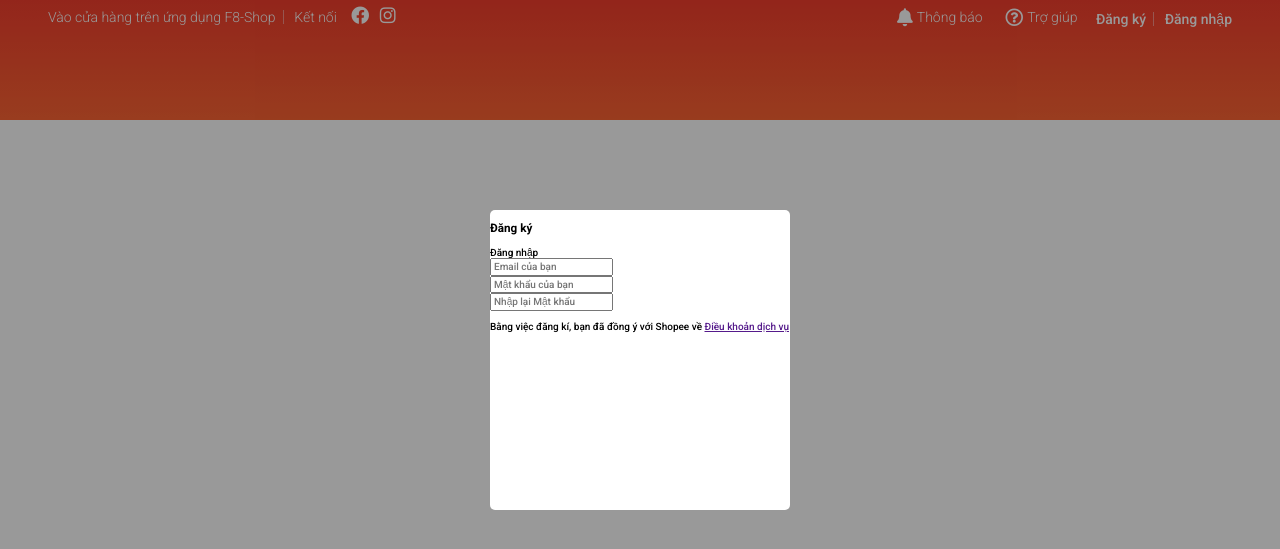
Repository: vanhaibdh/web-demo-site
Page: index.html
The author's editor kept a copy of each file at every save. The page is drawn from the files as they stood at one save, then again after the next save.
The browser window is 1280 px wide. The pictures show the whole page.

Above is the page before, as saved 2021-09-14 00:01:20.

### index.html
<!DOCTYPE html>
<html lang="en">
<head>
    <meta charset="UTF-8">
    <meta http-equiv="X-UA-Compatible" content="IE=edge">
    <meta name="viewport" content="width=device-width, initial-scale=1.0">
    <title>Web-base</title>
    <link rel="stylesheet" href="./assets/css/reset.css">
    <link rel="stylesheet" href="./assets/css/base.css">
    <link rel="stylesheet" href="./assets/css/main.css">
    <link href="./assets/fonts/fontawesome/css/all.min.css" rel="stylesheet">
    <link rel="preconnect" href="https://fonts.googleapis.com">
<link rel="preconnect" href="https://fonts.gstatic.com" crossorigin>
<link href="https://fonts.googleapis.com/css2?family=Roboto:wght@100;300;500;700&display=swap" rel="stylesheet">

</head>
<body>
    <div class="app">
        <div class="header">
            <div class="grid">
                <nav class="header__navbar">
                    <ul class="header__navbar-list">
                        <li class="header__navbar-item
                         header__navbar-item-has-qr
                         header__navbar-item--separate">Vào cửa hàng trên ứng dụng F8-Shop
                            <div class="header__qr">
                                <img src="./assets/img/qrcode.png" alt="qr-code" class="header__qr-img">
                                <div class="header__qr-apps">
                                    <a href="" class="header__qr-link">
                                        <img src="./assets/img/appstore.png" alt="App Store" class="header__qr-download-img">
                                    </a>
                                    <a href="" class="header__qr-link">
                                        <img src="./assets/img/google.png" alt="Google Play" class="header__qr-download-img">
                                    </a>
                                </div>
                            </div>
                        </li>
                        <li class="header__navbar-item"><span class="header__navbar-item--no-pointer">Kết nối</span></li>
                        <a href="" class="header__navbar-icon-link"><i class="header__navbar-icon fab fa-facebook"></i></a>
                        <a href="" class="header__navbar-icon-link"><i class="header__navbar-icon fab fa-instagram"></i></a>
                    </ul>
                    <ul class="header__navbar-list">
                        <li class="header__navbar-item header__navbar-item--has-notify">
                            <a href="" class="header__navbar-item-link "><i class="header__navbar-icon fas fa-bell"></i>Thông báo</a>
                            <div class="header__notify">
                                 <header class="header__notify-header">
                                     <h3>Thông báo mới nhận</h3>
                                 </header>
                                 <ul class="header__notify-list">
                                     <li class="header__notify-item">
                                         <a href="" class="header__notify-link">
                                             <img src="./assets/img/maypham1.jpg" alt="My Pham 1" class="header__notify-img">
                                             <div class="header__notify-info">
                                                 <span class="header__notify-name">Mỹ phẩm Ohui chính hãng </span>
                                                 <span class="header__notify-description">Mô tả Mỹ phẩm Ohui chính hãng</span>
                                             </div>
                                         </a>
                                     </li>
                                     <li class="header__notify-item">
                                        <a href="" class="header__notify-link">
                                            <img src="./assets/img/maypham2.jpg" alt="My Pham 2" class="header__notify-img">
                                            <div class="header__notify-info">
                                                <span class="header__notify-name">Mỹ phẩm Ohui chính hãng </span>
                                                <span class="header__notify-description">Mô tả Mỹ phẩm Ohui chính hãng</span>
                                            </div>
                                        </a>
                                    </li>
                                    <li class="header__notify-item header__notify-item--viewed">
                                        <a href="" class="header__notify-link">
                                            <img src="./assets/img/maypham3.jpg" alt="My Pham 3" class="header__notify-img">
                                            <div class="header__notify-info">
                                                <span class="header__notify-name">Mỹ phẩm Ohui chính hãng </span>
                                                <span class="header__notify-description">Mô tả Mỹ phẩm Ohui chính hãng</span>
                                            </div>
                                        </a>
                                    </li>
                                    <li class="header__notify-item">
                                        <a href="" class="header__notify-link">
                                            <img src="./assets/img/maypham4.jpg" alt="My Pham 4" class="header__notify-img">
                                            <div class="header__notify-info">
                                                <span class="header__notify-name">Mỹ phẩm Ohui chính hãng </span>
                                                <span class="header__notify-description">Lorem, ipsum dolor sit amet consectetur adipisicing elit. Accusamus laudantium consectetur quidem, ut quos expedita ea, dolorem, officiis quia molestias iusto alias dolorum cum totam omnis laborum tenetur temporibus ipsa!</span>
                                            </div>
                                        </a>
                                    </li>
                                    <li class="header__notify-item">
                                        <a href="" class="header__notify-link">
                                            <img src="./assets/img/maypham5.jpg" alt="My Pham 5" class="header__notify-img">
                                            <div class="header__notify-info">
                                                <span class="header__notify-name">Mỹ phẩm Ohui chính hãng </span>
                                                <span class="header__notify-description">Mô tả Mỹ phẩm Ohui chính hãng</span>
                                            </div>
                                        </a>
                                    </li>
                                 </ul>
                                 <footer class="header__notify-footer">
                                     <a href="" class="header__notify-footer-btn">Xem tất cả</a>
                                 </footer>
                            </div>
                        </li>
                        <li class="header__navbar-item">
                            <a href="" class="header__navbar-item-link"><i class="header__navbar-icon far fa-question-circle"></i>Trợ giúp</a>
                        </li>
                        <li class="header__navbar-item header__navbar-item--strong header__navbar-item--separate">Đăng ký</li>
                        <li class="header__navbar-item header__navbar-item--strong">Đăng nhập</li>
                    </ul>
                </nav>
            </div>
        </div>

        <div class="container">

        </div>

        <div class="footer">

        </div>
        <!-- modal layout -->
        <div class="modal">
            <div class="modal__overlay"></div>
            <div class="modal__body">
                <div class="modal__inner">
                    <!-- form authentication -->
                    <div class="auth-form">
                        <div class="auth-form__header">
                            <h3 class="auth-form__heading">Đăng ký</h3>
                            <span class="auth-form__switch-btn">Đăng nhập</span>
                        </div>

                        <div class="auth-form__form">
                            <div class="auth-form__group">
                                <input type="text" class="auth-form__input" placeholder="Email của bạn">
                            </div>
                            <div class="auth-form__group">
                                <input type="password" class="auth-form__input" placeholder="Mật khẩu của bạn">
                            </div>
                            <div class="auth-form__group">
                                <input type="password" class="auth-form__input" placeholder="Nhập lại Mật khẩu">
                            </div>
                        </div>

                        <div class="auth-form__aside">
                            <p class="auth-form__policy-text">Bằng việc đăng kí, bạn đã đồng ý với Shopee về
                                <a href="" class="auth-form__policy-link">Điều khoản dịch vụ</a>
                            </p>
                        </div>
                    </div>
                </div>
            </div>
        </div>
    </div>
</body>
</html>

### assets/css/base.css
:root {
    --primary-color : rgb(238, 75, 43);
    /* --primary-color-rgba : rgba(238, 75, 43, .7); */
    --white-color : #fff;
    --black-color : #000;
    --text-color : #333;
}

*{
    box-sizing: inherit;
}

html {
    /* hack css */
    font-size: 62.5%;
    line-height: 1.6 rem;
    font-family: 'Roboto', sans-serif;
    box-sizing: border-box;
}

.grid {
    width: 1200px;
    max-width: 100%;
    margin: 0 auto;
}

.grid__full-width {
    width: 100%;
}

.grid__row {
    display: flex;
    flex-wrap: wrap;
}

/* Animation */

@keyframes fadeIn{
    from {
        opacity: 0;
    }
    to {
        opacity: 1;
    }
}

/* modal CSS */
.modal {
    position: fixed;
    top:0;
    right: 0;
    bottom: 0;
    left: 0;
    display: flex;
}
.modal__overlay {
    position: absolute;
    width: 100%;
    height: 100%;
    background-color: rgba(0, 0, 0, 0.4);
    z-index: 2;
}

.modal__body {
    width: 300px;
    height: 300px;
    background-color: var(--white-color);
    margin: auto;
    position: relative;
    z-index: 3;
    border-radius: 5px;
}

### assets/css/main.css
.header {
    height: 120px;
    background-image: linear-gradient(0, #fe6433, #f53e2d);
}

.header__navbar {
    display: flex;
    justify-content: space-between;
}
.header__navbar-list {
    list-style: none;
    padding-left: 0;
    margin-top: 4px;
}

.header__navbar-item {
    position: relative;
    margin: 0 8px;
    min-height: 2.6rem;
}

.header__navbar-item,
.header__navbar-item-link {
    display: inline-block;
    font-size: 1.4rem;
    color: var(--white-color);
    text-decoration: none;
    font-weight: 300;
}

.header__navbar-item,
.header__navbar-item-link,
.header__navbar-icon {
    display: inline-flex;
    align-items: center;
}

.header__navbar-item:hover,
.header__navbar-icon-link:hover,
.header__navbar-item-link:hover {
    cursor: pointer;
    color: rgba(255, 255, 255, 0.7);
}

.header__navbar-item--strong {
    font-weight: 400;
}

.header__navbar-item--separate::after {
    content: "";
    display: block;
    position: absolute;
    border-left: 1px solid #fb9086;
    height: 14px;
    right: -8px;
    top: 50%;
    transform: translateY(-50%);
}

.header__navbar-icon-link {
    color: var(--white-color);
    text-decoration: none;
}

.header__navbar-icon {
    font-size: 1.8rem;
    margin : 0 4px;
}

.header__navbar-item--no-pointer {
    cursor: default ;
    color: var(--white-color);
}

/* header QR code */
.header__qr {
    background-color: var(--white-color);
    width: 186px;
    position: absolute;
    left: 0;
    top: 118%;
    padding: 8px;
    border-radius: 2px;
    display: none;
    animation: fadeIn ease 0.5s;
}

.header__qr::before {
    content: "";
    position: absolute;
    left: 0;
    top: -18px;
    width: 100%;
    height: 20px;
    display: block;

}

.header__qr-img {
    width: 100%;
}

.header__qr-apps {
    display: flex;
    justify-content: space-between;
}

.header__qr-link:first-child {
    margin-left: 11px;
}

.header__qr-link:last-child {
    margin-right: 11px;
}
.header__qr-download-img {
    height: 14px;
}

.header__navbar-item-has-qr:hover .header__qr {
    display: block;
}

.header__navbar-item--has-notify:hover .header__notify {
    display: block;
}
/* header notification */
.header__notify {
    position: absolute;
    margin-top: 6px;
    width: 404px;
    top: 100%;
    right: 0;
    background-color: var(--white-color);
    border: 1px solid #d3d3d3;
    animation: headerNotifyGrowth ease-in 0.25s ;
    transform-origin: calc(100% - 20px) top;
    will-change: opacity , transform;
    display: none;
}

@keyframes headerNotifyGrowth {
    from{
        opacity: 0;
        transform: scale(0);
    }
    to {
        opacity: 1;
        transform: scale(1);
    }
}

.header__notify::before{
    content: "";
    border-style: solid;
    border-width: 20px 26px;
    border-color: transparent transparent var(--white-color) transparent;
    position: absolute;
    right: 10px;
    top: -30px
}

.header__notify::after {
    content: "";
    display: block;
    position: absolute;
    right: 0;
    top: -26px;
    width: 90px;
    height: 40px;
    background: transparent;
}

.header__notify-header {
    height: 40px;
    background-color: var(--white-color);
}

.header__notify-header h3 {
    color: #999;
    margin: 0;
    font-weight: 400;
    font-size: 1.4rem;
    line-height: 40px;
    margin: 0 0 0 12px;
    cursor: text;
    user-select: none;
}

.header__notify-list {
    padding-left: 0;
    display: flex;
    flex-wrap: wrap;
}

.header__notify-item {
    display: flex;
    width: 100%;
}

.header__notify-item:hover {
    background-color: #f7f7f7;
}
.header__notify-item--viewed {
    background-color: rgba(238, 75, 43, .09);
}

.header__notify-link {
    display: flex;
    width: 100%;
    padding: 12px;
    text-decoration: none;

}

.header__notify-img {
    width: 48px;
    object-fit: contain;
}

.header__notify-info {
    margin-left: 12px;
    /* display: flex;
    flex-direction: column;
    justify-content: space-between; */
}

.header__notify-name {
    display: block;
    font-size: 1.4rem;
    color: var(--text-color);
    font-weight: 400;
    align-self: start;
    line-height: 1.8rem;
}

.header__notify-description {
    display: block;
    font-size: 1.2rem;
    line-height: 1.6rem;
    color: #756f6e;
    align-self: flex-end;
    margin-top: 4px;
}

.header__notify-footer {
    display: flex;
}

.header__notify-footer-btn {
    text-decoration: none;
    color: var(--text-color);
    font-size: 1.4rem;
    font-weight: 400;
    padding: 4px 0px;
    width: 100%;
    text-align: center;
}

Loaded but not shown: assets/css/reset.css (common file); assets/fonts/fontawesome/css/all.min.css (library)

After the next save:
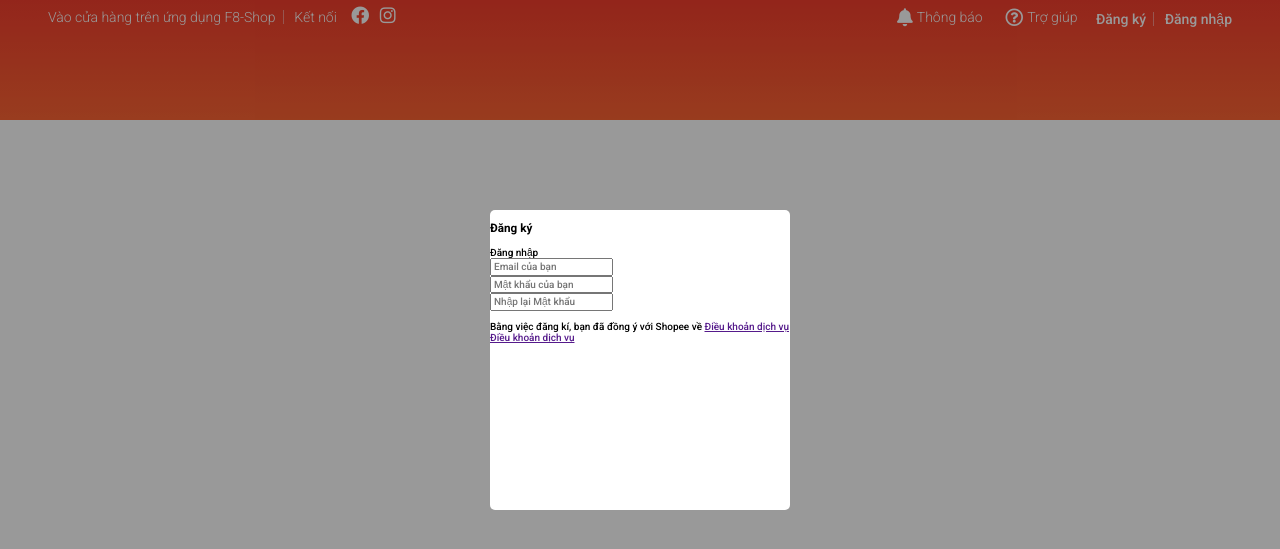
Saved 14 s later.
--- a/index.html
+++ b/index.html
@@ -142,6 +142,8 @@
                         <div class="auth-form__aside">
                             <p class="auth-form__policy-text">Bằng việc đăng kí, bạn đã đồng ý với Shopee về
                                 <a href="" class="auth-form__policy-link">Điều khoản dịch vụ</a>
+                                <a href="" class="auth-form__policy-link">Điều khoản dịch vụ</a>
+
                             </p>
                         </div>
                     </div>
